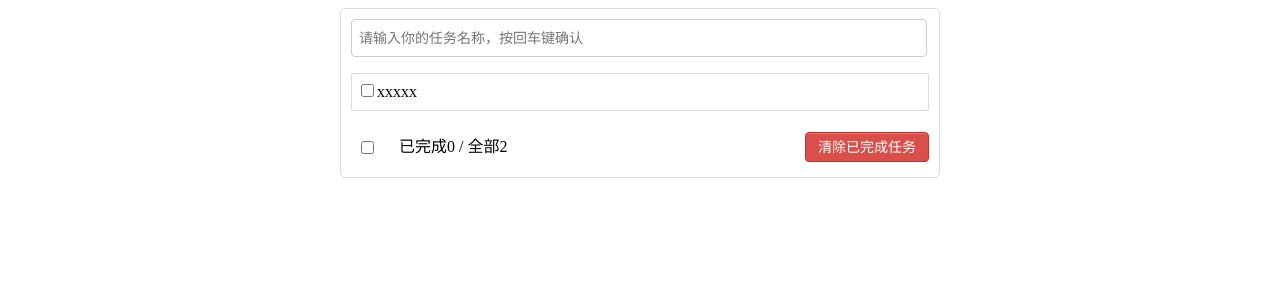
Repository: Crow7277/Vue2-
Page: /
An editor plug-in stored every save of this project. The page is shown before and after a run of saves, followed by the edit.
The browser window is 1280 px wide. The pictures show the whole page.
The project was rebuilt for these pictures with package versions that can differ from the ones it lists, and the page was loaded fresh each time. Also part of the build but not shown: vue.config.js.

Above is the page before, as saved 2022-04-02 20:37:39.

After the next 2 saves:
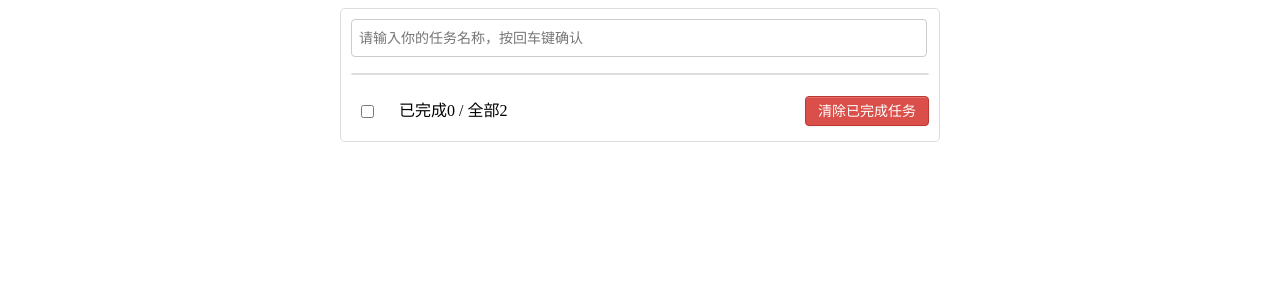
The 2 saves are shown as one change because they came seconds apart.
The last was saved 6 s later.
--- a/src/components/MyList.vue
+++ b/src/components/MyList.vue
@@ -1,13 +1,6 @@
 <template>
     <ul class="todo-main">
         <MyItem />
-        <li>
-            <label>
-                <input type="checkbox" />
-                <span>xxxxx</span>
-            </label>
-            <button class="btn btn-danger" style="display: none">删除</button>
-        </li>
     </ul>
 </template>
 

After the save that followed:
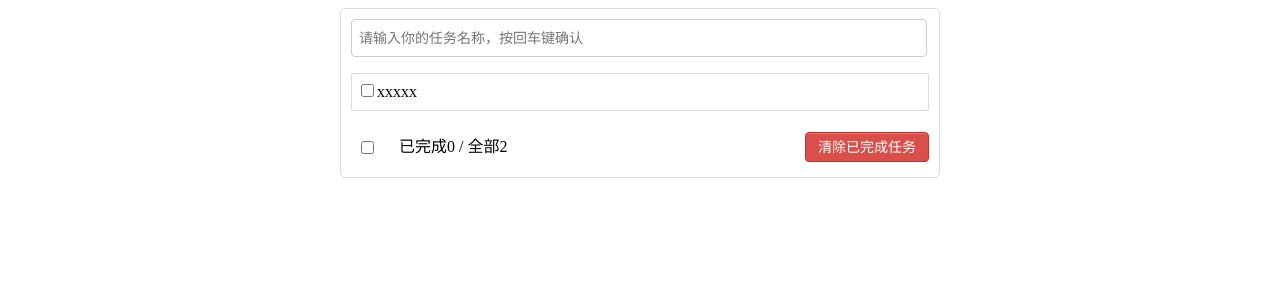
Saved 12 s later.
--- a/src/components/MyItem.vue
+++ b/src/components/MyItem.vue
@@ -1,5 +1,11 @@
 <template>
-    <div></div>
+    <li>
+        <label>
+            <input type="checkbox" />
+            <span>xxxxx</span>
+        </label>
+        <button class="btn btn-danger" style="display: none">删除</button>
+    </li>
 </template>
 
 <script>
